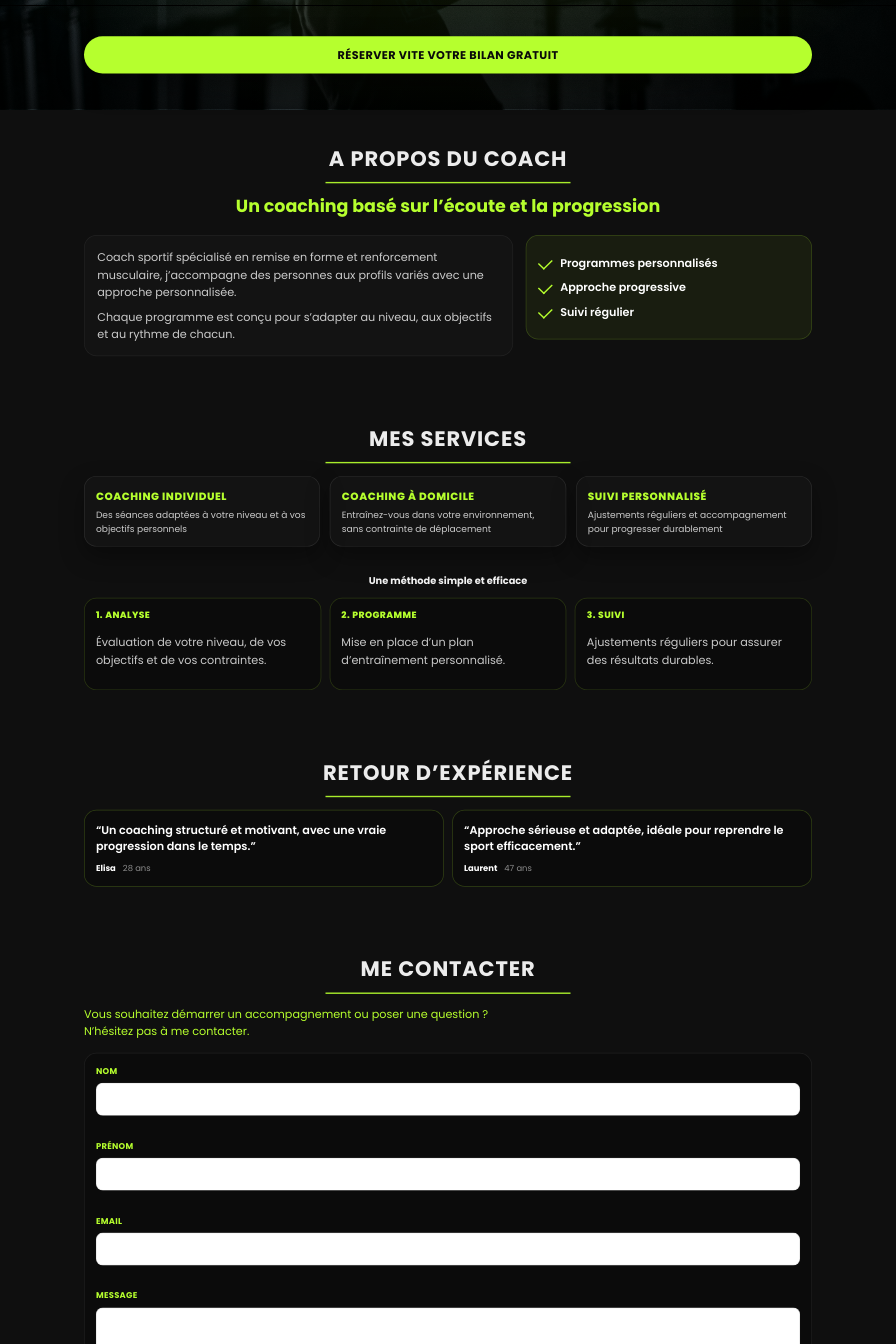
Repository: ThomasHdrd/CoachFitness
Page: index.html
These files come from the project's save history. The page is drawn as it stood at one moment and after the next save; the edit follows.
The browser window is 1280 px wide. The pictures show the part of the page from y = 357 to 2277 px (the page is 3081 px tall before and 3031 px after), at 70% of full size.

Above is the page before, as saved 2026-01-20 22:05:44.

### index.html
<!doctype html>
<html lang="fr">
<head>
  <meta charset="utf-8" />
  <meta name="viewport" content="width=device-width, initial-scale=1" />
  <title>Coach Fitness — Landing Page</title>

  <!-- Poppins -->
  <link rel="preconnect" href="https://fonts.googleapis.com">
  <link rel="preconnect" href="https://fonts.gstatic.com" crossorigin>
  <link href="https://fonts.googleapis.com/css2?family=Poppins:wght@300;400;500;600;700;800&display=swap" rel="stylesheet">

  <link rel="stylesheet" href="styles.css" />
</head>
<body>
  <!-- Header -->
  <header class="site-header" id="top">
    <div class="container header-inner">
      <a class="brand" href="#top" aria-label="Retour en haut">
        <span class="brand-dot" aria-hidden="true"></span>
        <span class="brand-text">Coach Fitness</span>
      </a>

      <button class="nav-toggle" aria-controls="site-nav" aria-expanded="false">
        <span class="sr-only">Ouvrir le menu</span>
        <span class="burger" aria-hidden="true"></span>
      </button>

      <nav class="site-nav" id="site-nav" aria-label="Navigation principale">
        <a class="nav-link" href="#accueil">Accueil</a>
        <a class="nav-link" href="#apropos">A propos</a>
        <a class="nav-link" href="#services">Services</a>
        <a class="nav-link" href="#avis">Avis</a>
        <a class="nav-link nav-cta" href="#contact">Contact</a>
      </nav>
    </div>
  </header>

  <main>
    <!-- HERO -->
    <section class="hero" id="accueil">
      <div class="hero-overlay" aria-hidden="true"></div>
      <div class="container hero-content">
        <p class="hero-kicker">Coaching sportif personnalisé</p>
        <h1 class="hero-title accent">Atteignez vos objectifs. Progressez durablement</h1>
        <p class="hero-subtitle">
          Un accompagnement sportif sur mesure, adapté à votre niveau et à votre rythme
        </p>
        <a class="btn btn-primary" href="#contact">RÉSERVER VITE VOTRE BILAN GRATUIT</a>
      </div>
    </section>

    <!-- A PROPOS -->
    <section class="section" id="apropos">
      <div class="container">
        <h2 class="section-title">A PROPOS DU COACH</h2>
        <h3 class="section-lead accent">Un coaching basé sur l’écoute et la progression</h3>

        <div class="about-grid">
          <div class="about-text">
            <p class="muted">
              Coach sportif spécialisé en remise en forme et renforcement musculaire, j’accompagne des personnes aux profils variés
              avec une approche personnalisée.
            </p>
            <p class="muted">
              Chaque programme est conçu pour s’adapter au niveau, aux objectifs et au rythme de chacun.
            </p>
          </div>

          <ul class="checks">
            <li>Programmes personnalisés</li>
            <li>Approche progressive</li>
            <li>Suivi régulier</li>
          </ul>
        </div>
      </div>
    </section>

    <!-- SERVICES -->
    <section class="section" id="services">
      <div class="container">
        <h2 class="section-title">MES SERVICES</h2>

        <div class="cards">
          <article class="card">
            <h3 class="card-title accent">COACHING INDIVIDUEL</h3>
            <p class="card-text">Des séances adaptées à votre niveau et à vos objectifs personnels</p>
          </article>

          <article class="card">
            <h3 class="card-title accent">COACHING À DOMICILE</h3>
            <p class="card-text">Entraînez-vous dans votre environnement, sans contrainte de déplacement</p>
          </article>

          <article class="card">
            <h3 class="card-title accent">SUIVI PERSONNALISÉ</h3>
            <p class="card-text">Ajustements réguliers et accompagnement pour progresser durablement</p>
          </article>
        </div>

        <div class="method">
          <h3 class="method-title">Une méthode simple et efficace</h3>

          <div class="method-steps">
            <div class="step">
              <div class="step-num accent">1. ANALYSE</div>
              <p class="muted">Évaluation de votre niveau, de vos objectifs et de vos contraintes.</p>
            </div>
            <div class="step">
              <div class="step-num accent">2. PROGRAMME</div>
              <p class="muted">Mise en place d’un plan d’entraînement personnalisé.</p>
            </div>
            <div class="step">
              <div class="step-num accent">3. SUIVI</div>
              <p class="muted">Ajustements réguliers pour assurer des résultats durables.</p>
            </div>
          </div>
        </div>
      </div>
    </section>

    <!-- AVIS -->
    <section class="section" id="avis">
      <div class="container">
        <h2 class="section-title">RETOUR D’EXPÉRIENCE</h2>

        <div class="testimonials">
          <figure class="testimonial">
            <blockquote>
              “Un coaching structuré et motivant, avec une vraie progression dans le temps.”
            </blockquote>
            <figcaption>
              <span class="name">Elisa</span>
              <span class="meta">28 ans</span>
            </figcaption>
          </figure>

          <figure class="testimonial">
            <blockquote>
              “Approche sérieuse et adaptée, idéale pour reprendre le sport efficacement.”
            </blockquote>
            <figcaption>
              <span class="name">Laurent</span>
              <span class="meta">47 ans</span>
            </figcaption>
          </figure>
        </div>
      </div>
    </section>

    <!-- CONTACT -->
    <section class="section" id="contact">
      <div class="container">
        <h2 class="section-title">ME CONTACTER</h2>
        <p class="contact-lead accent">
          Vous souhaitez démarrer un accompagnement ou poser une question ?<br />
          N’hésitez pas à me contacter.
        </p>

        <form class="form" id="contactForm" novalidate>
          <div class="field">
            <label for="nom">Nom</label>
            <input id="nom" name="nom" type="text" autocomplete="family-name" required />
            <small class="error" data-error-for="nom"></small>
          </div>

          <div class="field">
            <label for="prenom">Prénom</label>
            <input id="prenom" name="prenom" type="text" autocomplete="given-name" required />
            <small class="error" data-error-for="prenom"></small>
          </div>

          <div class="field">
            <label for="email">Email</label>
            <input id="email" name="email" type="email" autocomplete="email" required />
            <small class="error" data-error-for="email"></small>
          </div>

          <div class="field">
            <label for="message">Message</label>
            <textarea id="message" name="message" rows="5" required></textarea>
            <small class="error" data-error-for="message"></small>
          </div>

          <button class="btn btn-primary btn-wide" type="submit">ENVOYER</button>
          <p class="form-note muted" id="formStatus" role="status" aria-live="polite"></p>
        </form>
      </div>
    </section>

    <!-- FAQ -->
    <section class="section" id="faq">
      <div class="container">
        <h2 class="section-title">QUESTIONS FRÉQUENTES</h2>

        <div class="faq">
          <details class="faq-item" open>
            <summary>À qui s’adresse le coaching ?</summary>
            <div class="faq-body muted">
              Le coaching s’adresse à toute personne souhaitant reprendre le sport, améliorer sa condition physique ou atteindre un objectif précis
              (remise en forme, renforcement musculaire, perte de poids, bien-être). Les programmes sont adaptés au niveau, au rythme et aux contraintes de chacun.
            </div>
          </details>

          <details class="faq-item">
            <summary>Faut-il déjà être sportif pour commencer ?</summary>
            <div class="faq-body muted">
              Non. Le coaching s’adapte à votre niveau actuel. La progression est construite étape par étape, avec une intensité ajustée.
            </div>
          </details>

          <details class="faq-item">
            <summary>Comment se déroule le suivi ?</summary>
            <div class="faq-body muted">
              Après une analyse de votre situation, un programme personnalisé est mis en place puis ajusté régulièrement selon vos retours et votre progression.
            </div>
          </details>

          <details class="faq-item">
            <summary>Le coaching se fait-il à domicile ou en salle ?</summary>
            <div class="faq-body muted">
              Les deux sont possibles. Le format dépend de vos préférences, de votre matériel et de vos contraintes de planning.
            </div>
          </details>

          <details class="faq-item">
            <summary>Le premier échange est-il gratuit ?</summary>
            <div class="faq-body muted">
              Oui. Le premier échange permet de comprendre votre besoin et de déterminer l’accompagnement le plus adapté, sans engagement.
            </div>
          </details>
        </div>
      </div>
    </section>
  </main>

  <!-- Footer -->
  <footer class="site-footer">
    <div class="container footer-inner">
      <p class="footer-tag muted">Coaching personnalisé • Progression durable • Bien-être</p>
      <p class="footer-copy muted">© 2026 Coach Sportif Indépendant • Tous droits réservés.</p>
    </div>
  </footer>

  <script src="app.js" defer></script>
</body>
</html>

### styles.css
:root{
  --bg: #0F0F0F;            /* demandé */
  --bar: rgba(0,0,0,.90);   /* header/footer */
  --accent: #B6FF2E;        /* demandé */
  --text: #FFFFFF;
  --muted: rgba(255,255,255,.78);
  --muted2: rgba(255,255,255,.62);
  --line: rgba(182,255,46,.38);
  --card: rgba(255,255,255,.04);
  --shadow: 0 16px 40px rgba(0,0,0,.45);
  --radius: 14px;
  --radius-lg: 18px;
  --max: 1040px;
}

*{ box-sizing: border-box; }
html{ scroll-behavior: smooth; }
body{
  margin:0;
  font-family: "Poppins", system-ui, -apple-system, Segoe UI, Roboto, Arial, sans-serif;
  background: var(--bg);
  color: var(--text);
}

.container{
  width:min(100% - 40px, var(--max));
  margin-inline:auto;
}

.sr-only{
  position:absolute;
  width:1px;height:1px;
  padding:0;margin:-1px;
  overflow:hidden;clip:rect(0,0,0,0);
  white-space:nowrap;border:0;
}

/* Header */
.site-header{
  position: sticky;
  top: 0;
  z-index: 50;
  background: var(--bar);
  backdrop-filter: blur(8px);
  border-bottom: 1px solid rgba(255,255,255,.06);
}

.header-inner{
  height: 64px;
  display:flex;
  align-items:center;
  justify-content:space-between;
  gap: 14px;
}

.brand{
  display:flex;
  align-items:center;
  gap:10px;
  text-decoration:none;
  color: var(--text);
  font-weight: 700;
  letter-spacing:.3px;
}
.brand-dot{
  width:10px;height:10px;
  border-radius:999px;
  background: var(--accent);
  box-shadow: 0 0 0 6px rgba(182,255,46,.12);
}
.brand-text{ font-size: 14px; opacity:.95; }

.site-nav{
  display:flex;
  align-items:center;
  gap: 18px;
}
.nav-link{
  color: var(--text);
  text-decoration:none;
  font-size: 13px;
  opacity: .88;
  transition: opacity .2s ease, color .2s ease;
  padding: 10px 6px;
}
.nav-link:hover{ opacity:1; color: var(--accent); }

.nav-cta{
  border: 1px solid rgba(182,255,46,.45);
  border-radius: 999px;
  padding: 10px 14px;
}
.nav-cta:hover{
  background: rgba(182,255,46,.10);
}

/* Mobile nav */
.nav-toggle{
  display:none;
  border:0;
  background: transparent;
  color: var(--text);
  padding: 10px;
  border-radius: 10px;
}
.nav-toggle:hover{ background: rgba(255,255,255,.06); }
.burger{
  width: 22px; height: 2px;
  display:block;
  background: var(--text);
  position: relative;
}
.burger::before,.burger::after{
  content:"";
  position:absolute;
  left:0;
  width:22px;height:2px;
  background: var(--text);
}
.burger::before{ top:-7px; }
.burger::after{ top:7px; }

/* Hero */
.hero{
  position: relative;
  min-height: 50vh;
  display:flex;
  align-items:center;
  padding: 52px 0;
  background:
    linear-gradient(180deg, rgba(0,0,0,.55), rgba(0,0,0,.88)),
    url("assets/hero.jpg") center/cover no-repeat;
  background-position: center 30%;
}
.hero-overlay{
  position:absolute;
  inset:0;
  background: radial-gradient(1200px 600px at 50% 25%, rgba(182,255,46,.10), transparent 60%);
  pointer-events:none;
}
.hero-content{
  position:relative;
  text-align:center;
}
.hero-kicker{
  margin:0 0 10px;
  font-size: 56px;
  max-width: fit-content;
  letter-spacing: .6px;
  text-transform: uppercase;
  font-weight: bold;
}
.hero-title{
  margin: 0 auto;
  font-size: 40px;
  max-width: fit-content;
  margin:0 0 10px;
}
.hero-title .accent{
  display:block;
  color: var(--accent);
  font-weight: 800;
  text-transform:none;
  margin-top: 8px;
  max-width: fit-content;
}
.hero-subtitle{
  margin: 16px auto 22px;
  padding-top: 30px;
  color: var(--muted);
  font-size: 25px;
  line-height: 1.55;
  padding-bottom: 30px;
}

/* Buttons */
.btn{
  display:inline-flex;
  align-items:center;
  justify-content:center;
  gap:10px;
  text-decoration:none;
  border: 0;
  cursor:pointer;
  font-weight: 700;
  letter-spacing: .6px;
  text-transform: uppercase;
  border-radius: 999px;
  padding: 14px 18px;
  box-shadow: var(--shadow);
}
.btn-primary{
  background: var(--accent);
  color: #0A0A0A;
  width: 100%;
}
.btn-primary:hover{
  background: transparent;
  border: 1px solid var(--accent);
  color: var(--accent);
  filter: brightness(.95);
}
.btn-wide{ width: 100%; margin-top: 10px; }

/* Sections */
.section{
  padding: 48px 0;
}
.section-title{
  text-align:center;
  margin: 0 0 14px;
  font-size: 30px;
  letter-spacing: 1.2px;
  text-transform: uppercase;
  opacity: .92;
}
.section-title::after {
    content: "";
    display: block;
    width: 350px;
    height: 2px;
    background-color: var(--accent);
    margin: 10px auto 0;
}
.section-lead{
  text-align:center;
  margin: 0 0 22px;
  font-size: 25px;
  font-weight: 700;
}
.accent{ color: var(--accent); }
.muted{ color: var(--muted); }
.muted2{ color: var(--muted2); }

/* About */
.about-grid{
  display:grid;
  gap: 18px;
  align-items:start;
}
.about-text{
  background: rgba(255,255,255,.02);
  border: 1px solid rgba(255,255,255,.06);
  border-radius: var(--radius-lg);
  padding: 18px;
}
.about-text p{ margin: 0 0 10px; }
.about-text p:last-child{ margin-bottom: 0; }

.checks{
  list-style:none;
  margin:0;
  padding: 16px 18px;
  border-radius: var(--radius-lg);
  border: 1px solid rgba(182,255,46,.20);
  background: rgba(182,255,46,.06);
}
.checks li{
  position: relative;
  padding-left: 30px;
  margin: 10px 0;
  font-weight: 600;
}
.checks li::before{
  content:"";
  position:absolute;
  left:0; top: 6px;
  width: 16px; height: 10px;
  border-left: 2px solid var(--accent);
  border-bottom: 2px solid var(--accent);
  transform: rotate(-45deg);
}

/* Cards */
.cards{
  display:grid;
  gap: 14px;
  margin-top: 18px;
}
.card{
  background: rgba(255,255,255,.02);
  border: 1px solid rgba(255,255,255,.10);
  border-radius: var(--radius-lg);
  padding: 16px 16px 14px;
  box-shadow: 0 14px 34px rgba(0,0,0,.35);
}
.card-title{
  margin:0 0 6px;
  font-size: 15px;
  font-weight: 800;
  text-transform: uppercase;
  letter-spacing: .8px;
}
.card-text{
  margin:0;
  color: var(--muted);
  font-size: 13px;
  line-height: 1.55;
}

/* Method */
.method{
  margin-top: 26px;
  padding-top: 12px;
}
.method-title{
  text-align:center;
  margin: 0 0 14px;
  font-size: 14px;
  font-weight: 700;
  opacity: .95;
}
.method-steps{
  display:grid;
  gap: 12px;
}
.step{
  border: 1px solid rgba(182,255,46,.18);
  background: rgba(0,0,0,.25);
  border-radius: var(--radius-lg);
  padding: 14px 16px;
}
.step-num{
  font-weight: 800;
  letter-spacing: .6px;
  text-transform: uppercase;
  font-size: 13px;
  margin-bottom: 6px;
}

/* Testimonials */
.testimonials{
  display:grid;
  gap: 12px;
  margin-top: 18px;
}
.testimonial{
  margin:0;
  border: 1px solid rgba(182,255,46,.22);
  background: rgba(0,0,0,.25);
  border-radius: var(--radius-lg);
  padding: 16px;
}
.testimonial blockquote{
  margin:0 0 10px;
  color: var(--text);
  font-weight: 600;
  line-height: 1.5;
}
.testimonial figcaption{
  display:flex;
  gap: 10px;
  align-items:baseline;
  color: var(--muted2);
  font-size: 12px;
}
.testimonial .name{ color: var(--text); font-weight: 700; }
.testimonial .meta{ opacity:.85; }

/* Form */
.form{
  margin-top: 18px;
  border-radius: var(--radius-lg);
  border: 1px solid rgba(255,255,255,.08);
  background: rgba(0,0,0,.25);
  padding: 16px;
}
.field{ margin-bottom: 12px; }
label{
  display:block;
  font-size: 12px;
  font-weight: 700;
  letter-spacing: .4px;
  margin-bottom: 8px;
  color: var(--accent);
  text-transform: uppercase;
}
input, textarea{
  width:100%;
  font-family: inherit;
  font-size: 14px;
  color: #0A0A0A;
  background: #FFFFFF;
  border: 1px solid rgba(0,0,0,.12);
  border-radius: 10px;
  padding: 12px 12px;
  outline: none;
}
textarea{ resize: vertical; min-height: 110px; }
input:focus, textarea:focus{
  box-shadow: 0 0 0 4px rgba(182,255,46,.20);
  border-color: rgba(182,255,46,.55);
}
.error{
  display:block;
  min-height: 16px;
  margin-top: 6px;
  font-size: 12px;
  color: #FF6B6B;
}
.form-note{
  margin: 10px 0 0;
  font-size: 12px;
}

/* FAQ */
.faq{
  margin-top: 18px;
  border-radius: var(--radius-lg);
  overflow:hidden;
  border: 1px solid rgba(182,255,46,.16);
  background: rgba(0,0,0,.25);
}
.faq-item{
  border-top: 1px solid rgba(182,255,46,.12);
}
.faq-item:first-child{ border-top: 0; }
.faq-item summary{
  list-style:none;
  cursor:pointer;
  padding: 14px 16px;
  font-weight: 700;
  font-size: 13px;
  position: relative;
}
.faq-item summary::-webkit-details-marker{ display:none; }
.faq-item summary::after{
  content:"+";
  position:absolute;
  right: 16px;
  top: 10px;
  width: 28px; height: 28px;
  display:grid;
  place-items:center;
  border-radius: 999px;
  color: var(--accent);
  border: 1px solid rgba(182,255,46,.28);
  background: rgba(182,255,46,.08);
}
.faq-item[open] summary::after{ content:"–"; }
.faq-body{
  padding: 0 16px 16px;
  font-size: 13px;
  line-height: 1.6;
}

/* Footer */
.site-footer{
  background: var(--bar);
  border-top: 1px solid rgba(255,255,255,.06);
  padding: 18px 0;
}
.footer-inner{
  text-align:center;
  display:grid;
  gap: 8px;
}
.footer-tag, .footer-copy{
  margin:0;
  font-size: 12px;
}

/* Responsive */
@media (min-width: 820px){
  .hero-content{ text-align:center; }
  .about-grid{
    grid-template-columns: 1.2fr .8fr;
    gap: 18px;
  }
  .cards{
    grid-template-columns: repeat(3, 1fr);
  }
  .method-steps{
    grid-template-columns: repeat(3, 1fr);
  }
  .testimonials{
    grid-template-columns: repeat(2, 1fr);
  }
}

/* Mobile nav behavior */
@media (max-width: 760px){
  .nav-toggle{ display:inline-flex; }
  .site-nav{
    position: fixed;
    inset: 64px 12px auto 12px;
    background: rgba(0,0,0,.95);
    border: 1px solid rgba(255,255,255,.08);
    border-radius: 16px;
    padding: 12px;
    display:none;
    flex-direction: column;
    gap: 6px;
    box-shadow: 0 18px 50px rgba(0,0,0,.6);
  }
  .site-nav.is-open{ display:flex; }
  .nav-link{ width:100%; text-align:center; padding: 12px; }
  .nav-cta{ width:100%; }
}

### app.js
// Mobile menu toggle
const toggle = document.querySelector('.nav-toggle');
const nav = document.querySelector('#site-nav');

if (toggle && nav) {
  toggle.addEventListener('click', () => {
    const isOpen = nav.classList.toggle('is-open');
    toggle.setAttribute('aria-expanded', String(isOpen));
  });

  // Close menu on link click (mobile)
  nav.querySelectorAll('a').forEach(a => {
    a.addEventListener('click', () => {
      nav.classList.remove('is-open');
      toggle.setAttribute('aria-expanded', 'false');
    });
  });

  // Close on ESC
  document.addEventListener('keydown', (e) => {
    if (e.key === 'Escape') {
      nav.classList.remove('is-open');
      toggle.setAttribute('aria-expanded', 'false');
    }
  });
}

// FAQ: allow only one open at a time (optional premium behavior)
const faqItems = document.querySelectorAll('.faq-item');
faqItems.forEach((item) => {
  item.addEventListener('toggle', () => {
    if (item.open) {
      faqItems.forEach((other) => {
        if (other !== item) other.open = false;
      });
    }
  });
});

// Contact form validation (front only, demo)
const form = document.getElementById('contactForm');
const statusEl = document.getElementById('formStatus');

function setError(name, message) {
  const el = document.querySelector(`[data-error-for="${name}"]`);
  if (el) el.textContent = message || '';
}

function isEmail(v) {
  return /^[^\s@]+@[^\s@]+\.[^\s@]+$/.test(v);
}

if (form) {
  form.addEventListener('submit', (e) => {
    e.preventDefault();

    const data = new FormData(form);
    const nom = String(data.get('nom') || '').trim();
    const prenom = String(data.get('prenom') || '').trim();
    const email = String(data.get('email') || '').trim();
    const message = String(data.get('message') || '').trim();

    let ok = true;

    setError('nom', '');
    setError('prenom', '');
    setError('email', '');
    setError('message', '');
    if (statusEl) statusEl.textContent = '';

    if (!nom) { setError('nom', 'Veuillez renseigner votre nom.'); ok = false; }
    if (!prenom) { setError('prenom', 'Veuillez renseigner votre prénom.'); ok = false; }
    if (!email || !isEmail(email)) { setError('email', 'Veuillez renseigner un email valide.'); ok = false; }
    if (!message || message.length < 10) { setError('message', 'Veuillez écrire un message (min. 10 caractères).'); ok = false; }

    if (!ok) return;

    // Demo success
    form.reset();
    if (statusEl) statusEl.textContent = "Message envoyé (démo). Je reviens vers vous au plus vite.";
  });
}

After the next save:
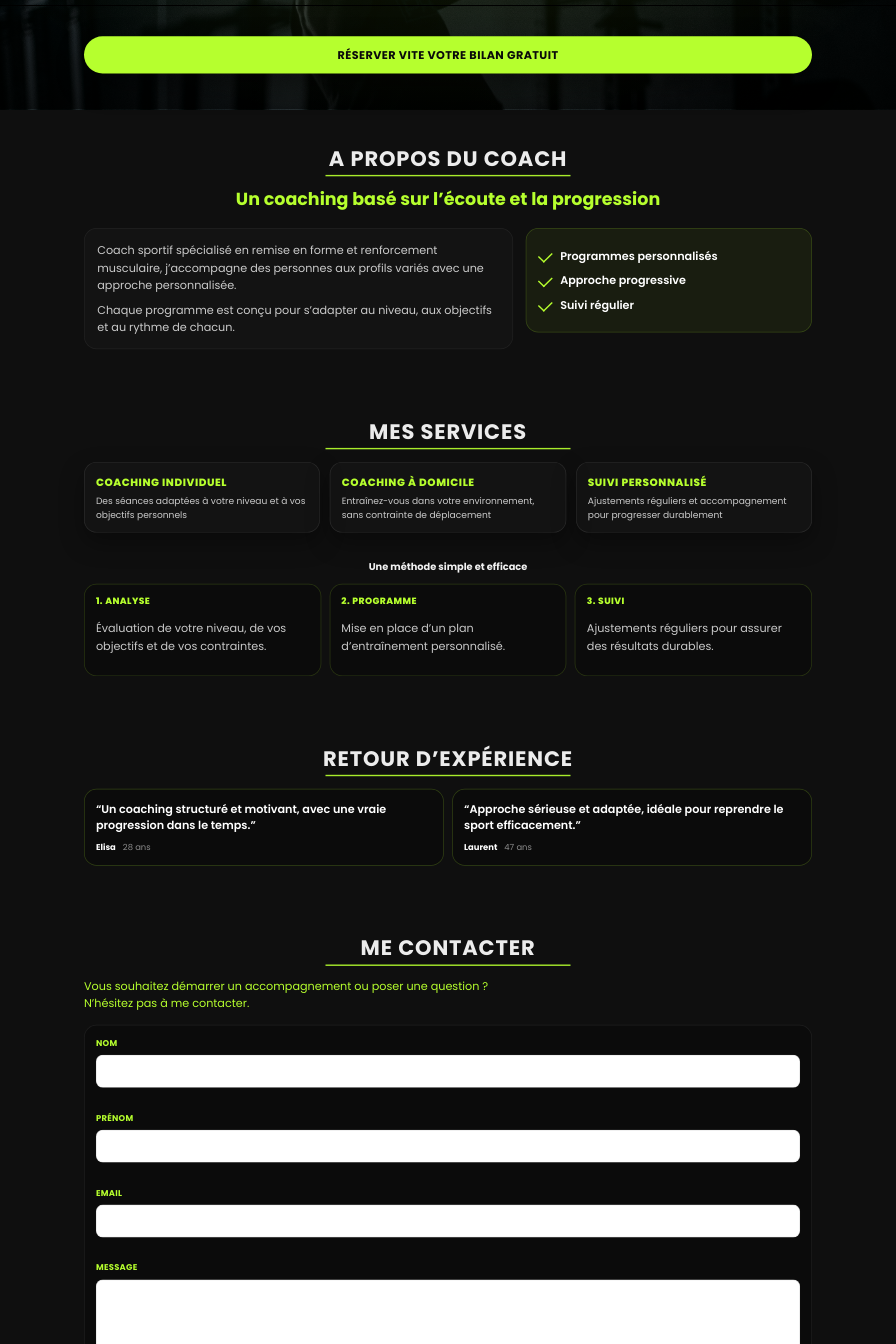
Saved 6 s later.
--- a/styles.css
+++ b/styles.css
@@ -220,7 +220,7 @@ body{
     width: 350px;
     height: 2px;
     background-color: var(--accent);
-    margin: 10px auto 0;
+    margin: 0 auto 0;
 }
 .section-lead{
   text-align:center;
